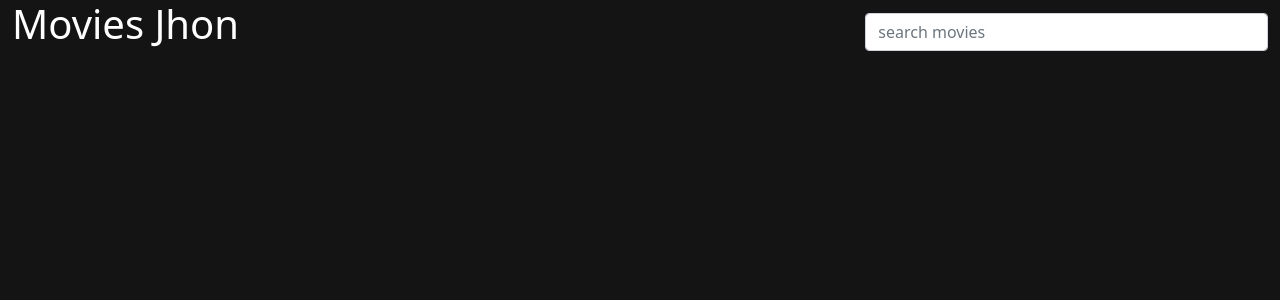
Repository: jhonenmanuel1/movies-get-info-fetch
Page: /
The author's editor kept a copy of each file at every save. The page is drawn from the files as they stood at one save, then again after the next save.
The browser window is 1280 px wide. The pictures show the whole page.
The page's requests for data from a server got no answer. The project was rebuilt for these pictures with package versions that can differ from the ones it lists, and the page was loaded fresh each time. No one was signed in, and anything a server would have sent is missing.

Above is the page before, as saved 2022-06-19 21:58:36.

After the next save:
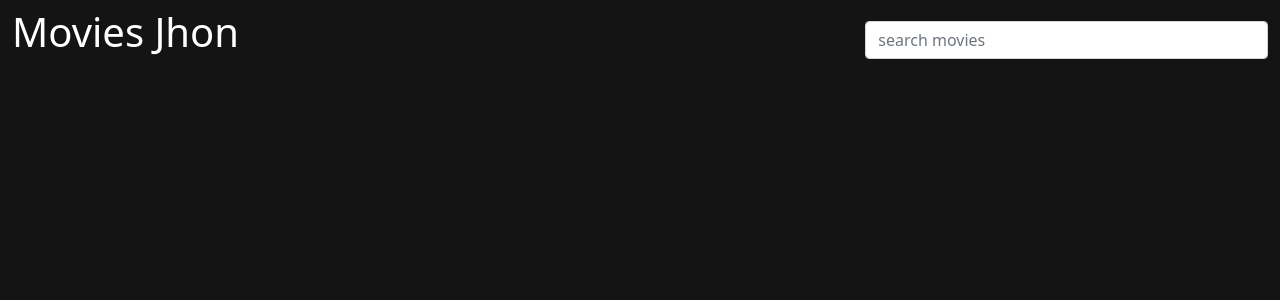
Saved 25 s later.
--- a/src/App.js
+++ b/src/App.js
@@ -24,7 +24,7 @@ const App = () => {
     <>
 
       <div className="container-fluid movie-app">
-      <div className="row d-flex align-items-center" >
+      <div className="row d-flex align-items-center mt-2" >
         <MovieListHeading heading="Movies Jhon"/>
         <SearchBox/>
       <div>
